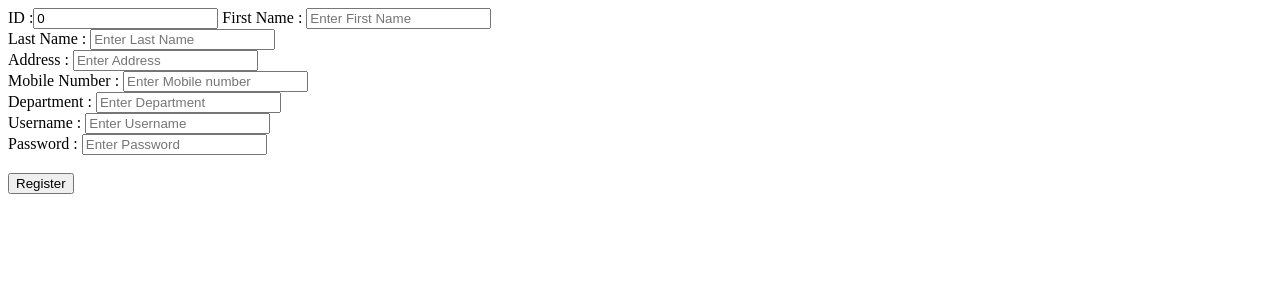
Repository: priyankamergu/MyAllProjects
Page: http://localhost/NewTrainingServlet/Registration.jsp
The author's editor kept a copy of each file at every save. The page is drawn from the files as they stood at one save, then again after the next save.
The browser window is 1280 px wide. The pictures show the whole page.
The page is served by Tomcat 9. Other server files are loaded and not shown. Queries for data that is not in the repository find no rows.

Above is the page before, as saved 2019-11-09 20:25:45.

### Workspace_JEE7_WEB/NewTrainingServlet/WebContent/Registration.jsp
<%@page import="java.sql.ResultSet"%>
<%@page import="java.sql.PreparedStatement"%>
<%@page import="java.sql.Statement"%>
<%@page import="java.sql.Connection"%>
<%@page import="com.util.DbConnection"%>
<%@ page language="java" contentType="text/html; charset=ISO-8859-1"
    pageEncoding="ISO-8859-1"%>
<!DOCTYPE html>
<html>
<head>
<meta charset="ISO-8859-1">
<title>Insert title here</title>
</head>

<%
int i=0;
Class.forName("com.mysql.cj.jdbc.Driver");
Connection con=DbConnection.getConnect();
String sql = "select max(ID) as Id from registration";
PreparedStatement s=con.prepareStatement(sql);
ResultSet rs=s.executeQuery();
if(rs.next())
{
	i=rs.getInt(1);
}



%>
<body>
<form action="RegistrationServlet">
ID :<input type="text" name="id" class="form-control" value=<%=i %>>
First Name    : <input type="text" placeholder="Enter First Name" name="fname" required="required"><br>
Last Name     : <input type="text"  placeholder="Enter Last Name" name="lname" required="required"><br>
Address       : <input type="text" placeholder="Enter Address" name="add" required="required"><br>
Mobile Number : <input type="text" placeholder="Enter Mobile number" name="mobile" required="required"><br>
Department    : <input type="text"  placeholder="Enter Department" name="dept" required="required"><br>
Username      : <input type="text" placeholder="Enter Username" name="uname" required="required"><br>
Password      : <input type="text" placeholder="Enter Password" name="upwd" required="required"><br><br>
<input type="submit" value="Register">
</form>
</body>

</html>

### Workspace_JEE7_WEB/NewTrainingServlet/src/com/util/DbConnection.java
package com.util;

import java.sql.Connection;
import java.sql.DriverManager;
import java.sql.SQLException;

public class DbConnection {


	private static Connection connection=null;
	public static Connection getConnect() throws SQLException {

		try {
			Class.forName("com.mysql.cj.jdbc.Driver");
			connection=DriverManager.getConnection("jdbc:mysql://localhost:3306/allianz?serverTimezone=UTC", "root", "");
		} catch (ClassNotFoundException e) {
			e.printStackTrace();
		}
		return connection;
	}
}

After the next save:
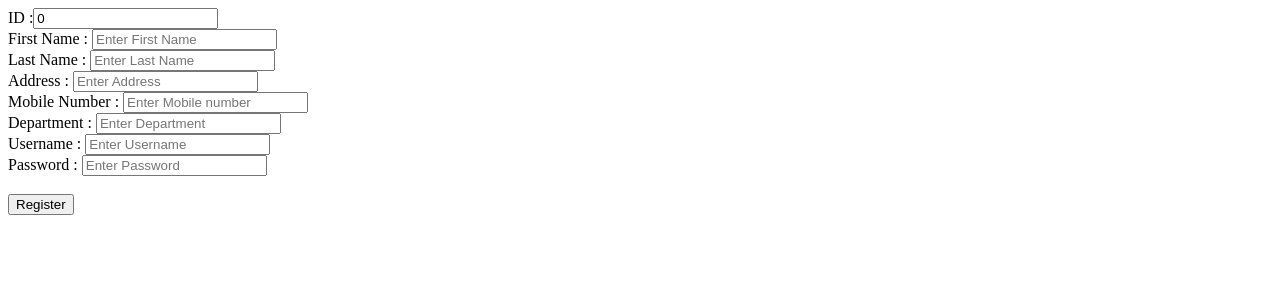
Saved 15 s later.
--- a/Workspace_JEE7_WEB/NewTrainingServlet/WebContent/Registration.jsp
+++ b/Workspace_JEE7_WEB/NewTrainingServlet/WebContent/Registration.jsp
@@ -29,7 +29,7 @@ if(rs.next())
 %>
 <body>
 <form action="RegistrationServlet">
-ID :<input type="text" name="id" class="form-control" value=<%=i %>>
+ID :<input type="text" name="id" class="form-control" value=<%=i %>><br>
 First Name    : <input type="text" placeholder="Enter First Name" name="fname" required="required"><br>
 Last Name     : <input type="text"  placeholder="Enter Last Name" name="lname" required="required"><br>
 Address       : <input type="text" placeholder="Enter Address" name="add" required="required"><br>
